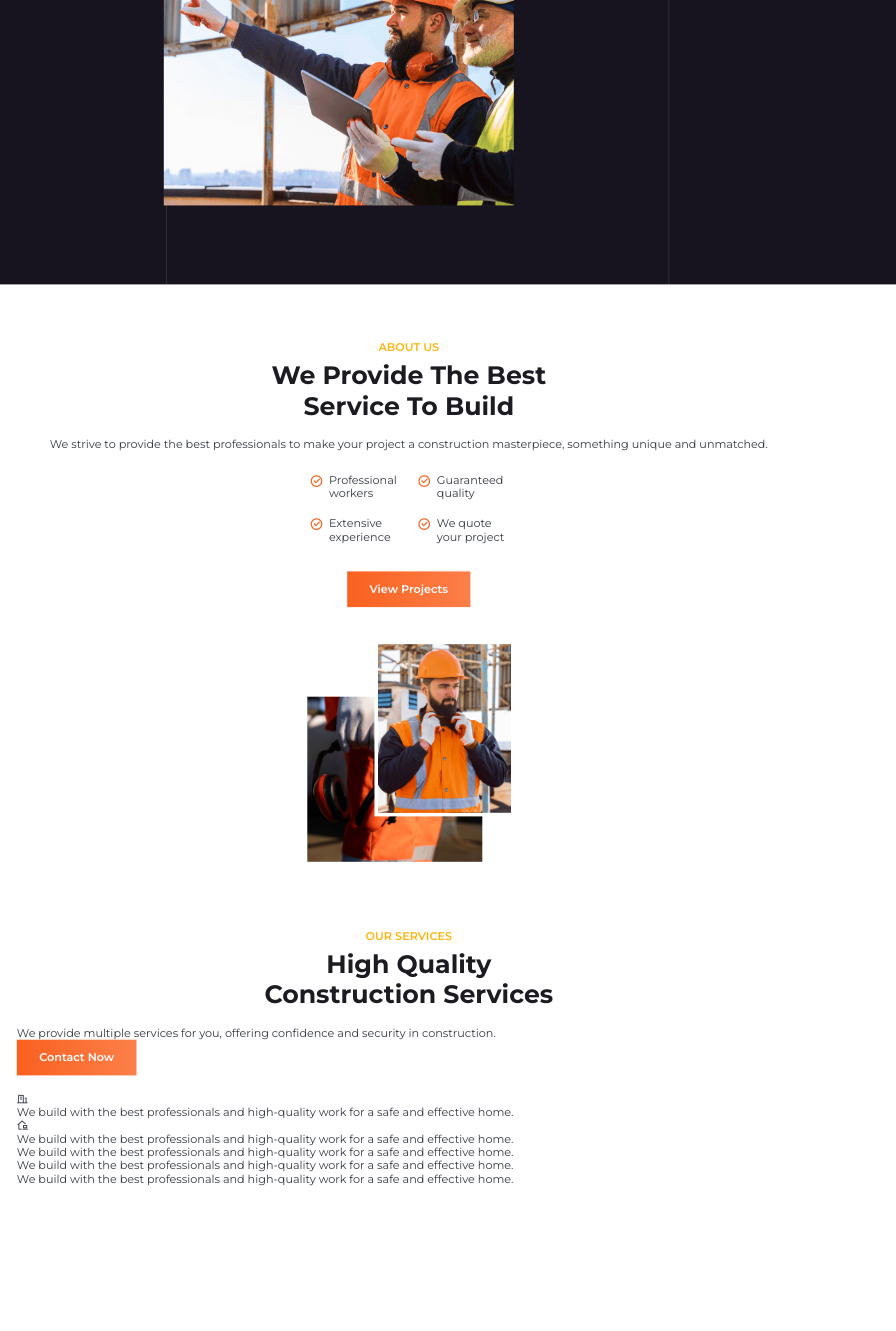
Repository: douglasabnovato/construction
Page: index.html
The author's editor kept a copy of each file at every save. The page is drawn from the files as they stood at one save, then again after the next save.
The browser window is 1280 px wide. The pictures show the part of the page from y = 1416 to 3336 px (the page is 3317 px tall before and 3336 px after), at 70% of full size.

Above is the page before, as saved 2025-05-01 12:50:06.

### index.html
<!DOCTYPE html>
<html lang="en">
  <head>
    <meta charset="UTF-8" />
    <meta name="viewport" content="width=device-width, initial-scale=1.0" />

    <!--=============== FAVICON ===============-->
    <link
      rel="shortcut icon"
      href="assets/img/favicon.png"
      type="image/x-icon"
    />

    <!--=============== REMIXICONS ===============-->
    <link
      rel="stylesheet"
      href="https://cdnjs.cloudflare.com/ajax/libs/remixicon/4.2.0/remixicon.css"
    />

    <!--=============== SWIPER CSS ===============-->
    <link rel="stylesheet" href="" />

    <!--=============== CSS ===============-->
    <link rel="stylesheet" href="assets/css/styles.css" />

    <title>Construction</title>
  </head>
  <body>
    <!--==================== HEADER ====================-->
    <header class="header bg-header" id="header">
      <nav class="nav container">
        <a href="#" class="nav__logo">
          <i class="ri-bulding-3-line"></i>
          <span>Construct</span>
        </a>
        <div class="nav__menu" id="nav-menu">
          <u class="nav__list">
            <li>
              <a href="#home" class="nav__link">Home</a>
            </li>
            <li>
              <a href="#aboutus" class="nav__link"> About Us</a>
            </li>
            <li>
              <a href="#services" class="nav__link"> Services</a>
            </li>
            <li>
              <a href="#projects" class="nav__link"> Projects</a>
            </li>
            <li>
              <a href="#contactus" class="nav__link button"> Contact Us</a>
            </li>
          </u>
          <!-- Close Button -->
          <div class="nav__close" id="nav-close">
            <i class="ri-close-large-line"></i>
          </div>
        </div>
        <!-- Toggle menu -->
        <div class="nav__toggle" id="nav-toggle">
          <i class="ri-apps-2-line"></i>
        </div>
      </nav>
    </header>

    <!--==================== MAIN ====================-->
    <main class="main">
      <!--==================== HOME ====================-->
      <section class="home section" id="home">
        <img
          src="./assets/img/home-lines-bg.svg"
          alt="image"
          class="home__lines"
        />
        <div class="home__container container grid">
          <div class="home__container grid">
            <div class="home__data">
              <h1 class="home__title">
                Create The<br />
                Constructions<br />
                You Want Here
              </h1>
              <p class="home__description">
                We provide the best home design, construction and maintenance
                services for you and your family.
              </p>
              <div class="home__buttons">
                <a href="#services" class="button">Our Services</a>
                <a href="#projects" class="button__link"
                  ><span>View Projects</span> <i class="ri-arrow-right-line"></i
                ></a>
              </div>
            </div>
            <div class="home__info">
              <div>
                <h3 class="home__info-title">10+</h3>
                <p class="home__info-description">
                  Years of <br />
                  Experience
                </p>
              </div>
              <div>
                <h3 class="home__info-title">200</h3>
                <p class="home__info-description">
                  Complete <br />
                  Projects
                </p>
              </div>
            </div>
          </div>
          <div class="home__images">
            <img src="./assets/img/home-img-1.png" alt="imagem" />
            <img src="./assets/img/home-img-2.png" alt="imagem" />
          </div>
        </div>
      </section>

      <!--==================== ABOUT ====================-->
      <section class="about section" id="about">
        <div class="about__container container grid">
          <div class="about__data">
            <span class="section__subtitle">ABOUT US</span>
            <h2 class="section__title">
              We Provide The Best <br />
              Service To Build
            </h2>
            <p class="about__description">
              We strive to provide the best professionals to make your project a
              construction masterpiece, something unique and unmatched.
            </p>
            <ul class="about__list grid">
              <li class="about__list-item">
                <i class="ri-checkbox-circle-line"></i>
                <span>Professional workers</span>
              </li>
              <li class="about__list-item">
                <i class="ri-checkbox-circle-line"></i>
                <span>Guaranteed quality</span>
              </li>
              <li class="about__list-item">
                <i class="ri-checkbox-circle-line"></i>
                <span>Extensive experience</span>
              </li>
              <li class="about__list-item">
                <i class="ri-checkbox-circle-line"></i>
                <span>We quote your project</span>
              </li>
            </ul>
            <a href="#" class="button">View Projects</a>
          </div>
          <div class="about__images">
            <img
              src="./assets/img/about-img-1.png"
              alt="image"
              class="about__img-1"
            />
            <img
              src="./assets/img/about-img-2.png"
              alt="image"
              class="about__img-2"
            />
          </div>
        </div>
      </section>

      <!--==================== SERVICES ====================-->
      <section class="services section" id="services">
        <div class="services__container container grid">
          <div class="services__data">
            <div>
              <span class="section__subtitle">OUR SERVICES</span>
              <h2 class="section__title">
                High Quality <br />
                Construction Services
              </h2>
            </div>
            <p class="services__description">
              We provide multiple services for you, offering confidence and
              security in construction.
            </p>
            <a href="#contact" class="button">Contact Now</a>
          </div>
          <div class="services__swiper">
            <div>
              <article class="services__card">
                <div class="services__icon">
                  <i class="ri-building-line"></i>
                </div>
                <h3 class="services__title"></h3>
                <p>
                  We build with the best professionals and high-quality work for
                  a safe and effective home.
                </p>
              </article>
              <article class="services__card">
                <div class="services__icon">
                  <i class="ri-home-office-line"></i>
                </div>
                <h3 class="services__title"></h3>
                <p>
                  We build with the best professionals and high-quality work for
                  a safe and effective home.
                </p>
              </article>
              <article class="services__card">
                <div class="services__icon"></div>
                <h3 class="services__title"></h3>
                <p>
                  We build with the best professionals and high-quality work for
                  a safe and effective home.
                </p>
              </article>
              <article class="services__card">
                <div class="services__icon"></div>
                <h3 class="services__title"></h3>
                <p>
                  We build with the best professionals and high-quality work for
                  a safe and effective home.
                </p>
              </article>
              <article class="services__card">
                <div class="services__icon"></div>
                <h3 class="services__title"></h3>
                <p>
                  We build with the best professionals and high-quality work for
                  a safe and effective home.
                </p>
              </article>
            </div>
          </div>
          <!-- Navigation buttons -->
        </div>
        <div class="services__shape"></div>
      </section>

      <!--==================== PROJECTS ====================-->
      <section class="projects section" id="projects"></section>

      <!--==================== CONTACT ====================-->
      <section class="contact section" id="contact"></section>
    </main>

    <!--==================== FOOTER ====================-->
    <footer class="footer"></footer>

    <!--========== SCROLL UP ==========-->

    <!--=============== SCROLLREVEAL ===============-->
    <script src=""></script>

    <!--=============== SWIPER JS ===============-->
    <script src=""></script>

    <!--=============== MAIN JS ===============-->
    <script src="assets/js/main.js"></script>
  </body>
</html>

### assets/css/styles.css
/*=============== GOOGLE FONTS ===============*/
@import url("https://fonts.googleapis.com/css2?family=Montserrat:wght@100..900&display=swap");

/*=============== VARIABLES CSS ===============*/
:root {
  --header-height: 3.5rem;

  /*========== Colors ==========*/
  /*Color mode HSL(hue, saturation, lightness)*/
  --first-color: hsl(18, 95%, 55%);
  --second-color: hsl(42, 98%, 52%);
  --first-gradient: linear-gradient(
    90deg,
    hsl(18, 95%, 55%),
    hsl(18, 98%, 64%)
  );
  --title-color: hsl(255, 12%, 12%);
  --text-color: hsl(225, 12%, 24%);
  --text-color-light: hsl(255, 4%, 70%);
  --body-color: hsl(0, 0%, 100%);
  --container-color: hsl(0, 0%, 100%);
  --white-color: hsl(0, 0%, 100%);
  --black-color: hsl(255, 20%, 10%);
  --gray-border: hsl(255, 6%, 90%);
  --black-border: hsl(255, 10%, 20%);

  /*========== Font and typography ==========*/
  /*.5rem = 8px | 1rem = 16px ...*/
  --body-font: "Montserrat", sans-serif;
  --big-font-size: 2.25rem;
  --h1-font-size: 1.5rem;
  --h2-font-size: 1.25rem;
  --h3-font-size: 1rem;
  --normal-font-size: 0.938rem;
  --small-font-size: 0.813rem;

  /*========== Font weight ==========*/
  --font-regular: 400;
  --font-medium: 500;
  --font-semi-bold: 600;
  --font-bold: 700;

  /*========== z index ==========*/
  --z-tooltip: 10;
  --z-fixed: 100;
}

/*========== Responsive typography ==========*/
@media screen and (min-width: 1150px) {
  :root {
    --big-font-size: 3.5rem;
    --h1-font-size: 2.25rem;
    --h2-font-size: 1.5rem;
    --h3-font-size: 1.25rem;
    --normal-font-size: 1rem;
    --small-font-size: 0.875rem;
  }
}

/*=============== BASE ===============*/
* {
  box-sizing: border-box;
  padding: 0;
  margin: 0;
}

html {
  scroll-behavior: smooth;
}

body {
  font-family: var(--body-font);
  font-size: var(--normal-font-size);
  background-color: var(--body-color);
  color: var(--text-color);
}

h1,
h2,
h3,
h4 {
  color: var(--title-color);
  font-weight: var(--font-semi-bold);
}

ul {
  list-style: none;
}

a {
  text-decoration: none;
}

img {
  display: block;
  max-width: 100%;
  height: auto;
}

/*=============== REUSABLE CSS CLASSES ===============*/
.container {
  max-width: 1120px;
  margin-inline: 1.5rem;
}

.grid {
  display: grid;
  gap: 1.5rem;
}

.section {
  padding-block: 5rem 1rem;
}
.section__title,
.section__subtitle {
  text-align: center;
}

.section__title {
  font-size: var(--h1-font-size);
  font-weight: var(--font-bold);
  margin-bottom: 1.5rem;
}

.section__subtitle {
  display: block;
  font-size: var(--normal-font-size);
  font-weight: var(--font-semi-bold);
  color: var(--second-color);
  margin-bottom: 0.5rem;
}

.main {
  overflow: hidden;
}

/*=============== HEADER & NAV ===============*/
.header {
  position: fixed;
  width: 100%;
  top: 0;
  left: 0;
  background-color: transparent;
  z-index: var(--z-fixed);
  transition: background-color .4s;
}

.nav {
  position: relative;
  height: var(--header-height);
  display: flex;
  justify-content: space-between;
  align-items: center;
}

.nav__logo {
  display: flex;
  align-items: center;
  column-gap: 0.25rem;
}

.nav__logo span {
  color: var(--white-color);
  font-weight: var(--font-semi-bold);
  transition: color 0.4s;
}

.nav__logoi i {
  color: var(--first-color);
  font-size: 1.5rem;
}

.nav__toggle,
.nav__close {
  font-size: 1.5rem;
  color: var(--white-color);
  cursor: pointer;
  transition: color 0.4s;
}

/* Navigation for mobile devices */
@media screen and (max-width: 1150px) {
  .nav__menu {
    position: fixed;
    top: 0;
    right: -100%;
    background-color: var(--black-color);
    width: 80%;
    height: 100%;
    padding: 7.5rem 3.5rem 0;
    border-left: 2px solid var(--black-border);
    transition: right 0.4s;
  }
}

.nav__list {
  display: flex;
  flex-direction: column;
  row-gap: 4rem;
}

.nav__link {
  color: var(--text-color-light);
  font-weight: var(--font-semi-bold);
  transition: color 0.4s;
}

.nav__link:hover {
  color: var(--first-color);
}

.nav__close {
  position: absolute;
  top: 1rem;
  right: 1.5rem;
}

/* Show menu */
.show-menu {
  right: 0;
}

/* Change background header */
.bg-header{
  background-color: var(--body-color);
  box-shadow: 0 4px 16px hsla(255, 90%, 8%, .1);
}

.bg-header .nav__logo span,
.bg-header .nav__toggle{
  color: var(--title-color);
}

/* Active link */

/*=============== HOME ===============*/
.home {
  position: relative;
  background-color: var(--black-color);
}

.home__container {
  position: relative;
  row-gap: 3rem;
  padding-block: 2.5rem 6rem;
}

.home__content {
  row-gap: 2.5rem;
}

.home__data {
  text-align: center;
}

.home__title {
  color: var(--white-color);
  font-size: var(--big-font-size);
  font-weight: var(--font-bold);
  margin-bottom: 1rem;
}

.home__description{
  margin-bottom: 2.5rem;
  color: var(--text-color-light);
}

.home_buttons{
  display: flex;
  justify-content: center;
  align-items: center;
  gap: 1rem;
}

.home__info{
  display: flex;
  justify-content: center;
  column-gap: 4.5rem;
}

.home__info-title{
  color: var(--second-color);
  font-size: var(--big-font-size);
  font-weight: var(--font-bold);
  margin-bottom: .5rem;
}

.home__info-description{
  font-size: var(--small-font-size);
  color: var(--white-color);
}

.home__images{
  position: relative;
  justify-self: center;
}

.home__img-1{
  width: 250px;
  margin-left: 3.5rem;
}

.home__img-2{
  width: 150px;
  border: 5px solid var(--black-color);
  position: absolute;
  left: 0;
  bottom: -3.5rem;
}

.home__lines{
  position: absolute;
  top: 0;
  left: 0;
  width: 100%;
  height: 100%;
  object-fit: cover;
  object-position: right;
}

/*=============== BUTTON ===============*/
.button {
  display: inline-flex;
  background: var(--first-gradient);
  color: var(--white-color);
  font-weight: var(--font-semi-bold);
  padding: 1rem 2rem;
  transition: box-shadow .4s;
}

.button:hover{
  box-shadow: 0 8px 32px hsla(18, 95%, 55%, .3);
  color: var(--white-color);
}

.button__link {
  display: flex;
  align-items: center;
  column-gap: .25rem;
  color: var(--first-color);
}

.button__link span{
  font-weight: var(--font-semi-bold);
}

.button__link i {
  font-size: 1.5rem;
  transition: transform .4s;
}

.button__link:hover i {
  transform: translateX(.25rem)
}

/*=============== ABOUT ===============*/
.about__container {
  row-gap: 8rem;
}

.about__data {
  text-align: center;
}

.about__description {
  margin-bottom: 2rem;
}

.about__list {
  text-align: initial;
  grid-template-columns: repeat(2, 130px);
  justify-content: center;
  gap: 1.5rem;
  margin-bottom: 2.5rem;
}

.about__list-item {
  display: flex;
  column-gap: .5rem;
  color: var(--tittle-color);
}

.about__list-item i {
  font-size: 1.25rem;
  color: var(--first-color);
}

.about__images{
  position: relative;
  justify-self: center;
}

.about__img-1 {
  width: 200px;
  border: 5px solid var(--body-color);
  position: absolute;
  top: -5rem;
  left: 6rem;
}

.about__img-2 {
  width: 250px;
  margin-right: 2.5rem;
}


/*=============== SERVICES ===============*/

/* Swiper class */

/*=============== PROJECTS ===============*/

/*=============== CONTACT ===============*/

/*=============== FOOTER ===============*/

/*=============== SCROLL BAR ===============*/

/*=============== SCROLL UP ===============*/

/* Show Scroll Up */

/*=============== BREAKPOINTS ===============*/
/* For small devices */

/* For medium devices */

/* For large devices */

### assets/js/main.js
/*=============== SHOW MENU ===============*/
const navMenu = document.getElementById('nav-menu'),
      navToggle = document.getElementById('nav-toggle'),
      navClose = document.getElementById('nav-close')

/* Menu show */
if(navToggle){
    navToggle.addEventListener('click', () =>{
        navMenu.classList.add('show-menu')
    })
}

/* Menu hidden */
if(navClose){
    navClose.addEventListener('click', () =>{
        navMenu.classList.remove('show-menu')
    })
}

/*=============== REMOVE MENU MOBILE ===============*/
const navLink = document.querySelectorAll('.nav__link')

const linkAction = () =>{
    const navMenu = document.getElementById('nav-menu')
    // When we click on each nav__link, we remove the show-menu class
    navMenu.classList.remove('show-menu')
}
navLink.forEach(n => n.addEventListener('click', linkAction))


/*=============== CHANGE BACKGROUND HEADER ===============*/
const bgHeader = () =>{
    const header = document.getElementById('header')
    // Add a class if the bottom offset is greater than 50 of the viewport
    this.scrollY >= 50 ? header.classList.add('bg-header')
                       : header.classList.remove('bg-header')
}
window.addEventListener('scroll', bgHeader)
bgHeader()

/*=============== SWIPER SERVICES ===============*/

/*=============== SHOW SCROLL UP ===============*/

/*=============== SCROLL SECTIONS ACTIVE LINK ===============*/

/*=============== SCROLL REVEAL ANIMATION ===============*/

After the next save:
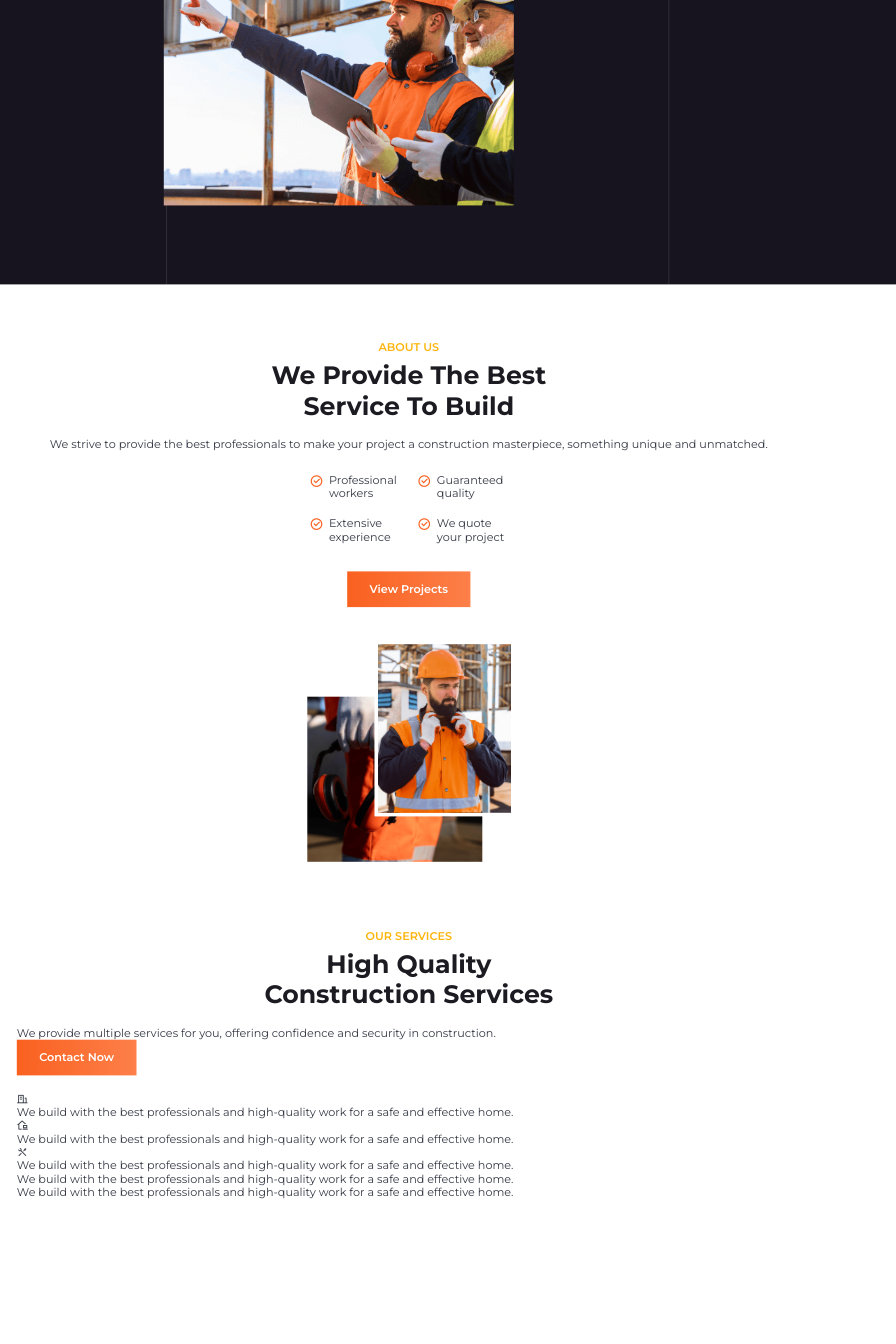
Saved 43 s later.
--- a/index.html
+++ b/index.html
@@ -203,7 +203,7 @@
                 </p>
               </article>
               <article class="services__card">
-                <div class="services__icon"></div>
+                <div class="services__icon"><i class="ri-tools-line"></i></div>
                 <h3 class="services__title"></h3>
                 <p>
                   We build with the best professionals and high-quality work for
